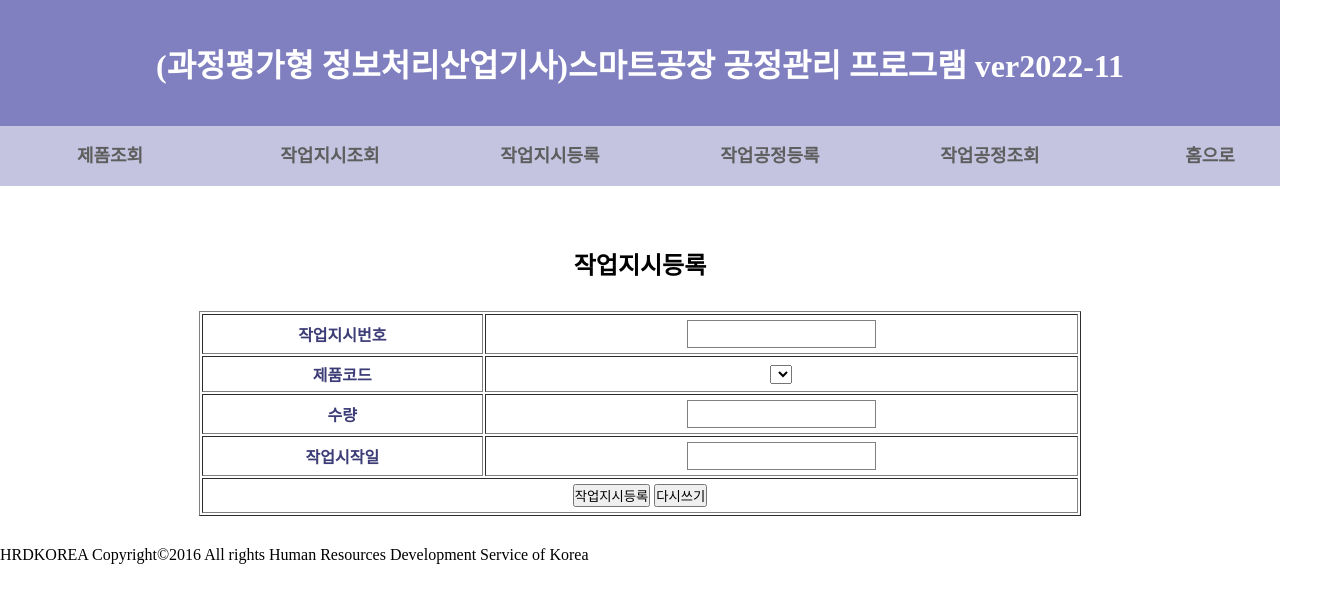
Repository: anakyn01/exam
Page: http://localhost/smart_5/sub2_1.jsp
The author's editor kept a copy of each file at every save. The page is drawn from the files as they stood at one save, then again after the next save.
The browser window is 1280 px wide. The page is 1320 px wide, so the pictures cover 1320 px, including what lies to the right of the window. The pictures show the whole page.
The page is served by Tomcat 9.

Above is the page before, as saved 2025-01-06 07:33:56.

After the next save:
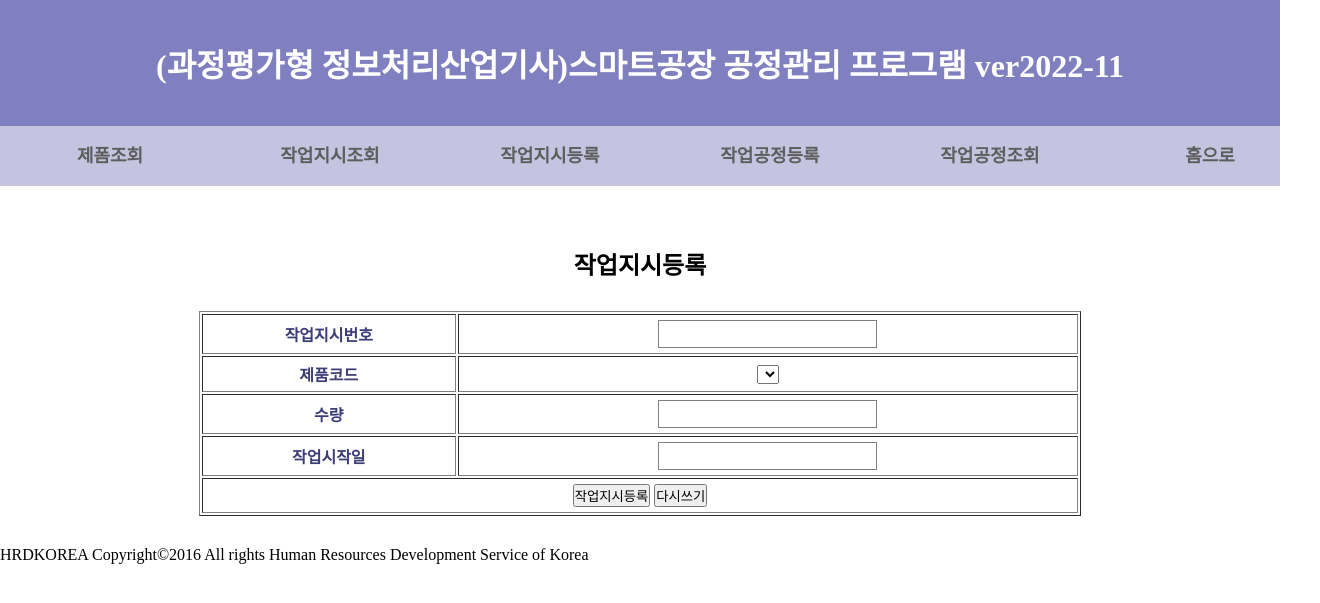
Saved 6 s later.
--- a/smart_5/src/main/webapp/css/style.css
+++ b/smart_5/src/main/webapp/css/style.css
@@ -15,5 +15,5 @@ table{margin:0 auto; width:70%; text-align:center;}
 th{color:#3c3c77;}
 th,td{padding:5px 0;}
 input[type="text"]{
-height:28px; border:1px solid gray; padding:0 5px; front-size:16px;
+height:28px; border:1px solid gray; padding:0 5px; font-size:16px;
 }
